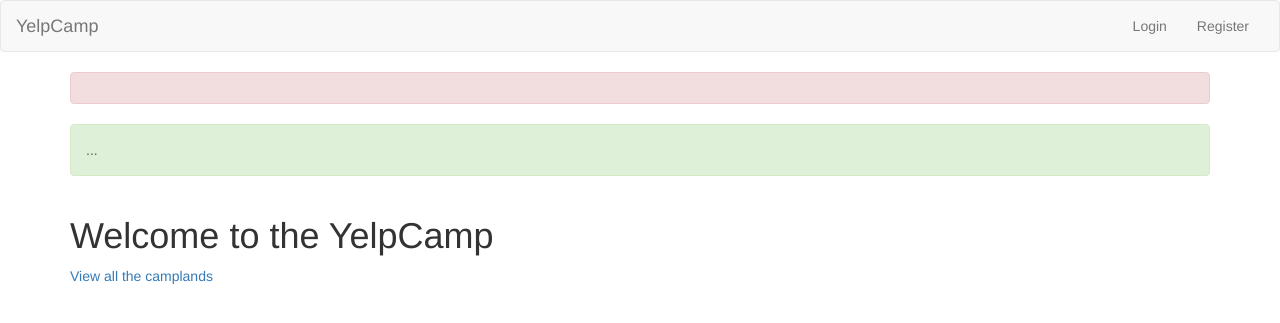
Repository: Shaney17/webdevbootcamp
Page: http://localhost/
The author's editor kept a record of every edit. The page is drawn from the files as they stood at one moment, then again after the next edit.
The browser window is 1280 px wide. The pictures show the whole page.
The page is served by the project's Node server (YelpCamp/v9/app.js). Other server files are loaded and not shown.

Above is the page before.

### workspace/YelpCamp/v9/views/home.ejs
<% include partials/header %>

<div class="container">
    <h1>Welcome to the YelpCamp</h1>
    <a href="/camps">View all the camplands</a>
</div>


<% include partials/footer %>

### workspace/YelpCamp/v9/views/partials/header.ejs
<!DOCTYPE html>
<html>
    <head>
        <title>Camplands</title>
        <link rel="stylesheet" href="https://maxcdn.bootstrapcdn.com/bootstrap/3.3.6/css/bootstrap.min.css" integrity="sha384-1q8mTJOASx8j1Au+a5WDVnPi2lkFfwwEAa8hDDdjZlpLegxhjVME1fgjWPGmkzs7" crossorigin="anonymous">
        <link rel="stylesheet" href="/stylesheets/main.css"></link>
    </head>
    <body>

    <div class="navbar navbar-default">
        <div class="container-fluid">
            <div class="navbar-header">
               <a class="navbar-brand" href="/">YelpCamp</a>
            </div>

            <div class="collapse navbar-collapse">
                <ul class="nav navbar-nav navbar-right">
                    <% if(!currentUser) { %>
                       <li><a href="/login">Login</a></li>
                       <li><a href="/register">Register</a></li>
                    <% } else { %>
                        <li><a href="#">Signed in as <strong><%= currentUser.username %></strong></a></li>
                       <li><a href="/logout">Logout</a></li>
                    <% } %>
                </ul>
            </div>
        </div>
        </div>
    </div>

    <div class="container">
        <div class="alert alert-danger" role="alert">
            <%= error %>
        </div>
        <div class="alert alert-success" role="alert">...</div>
    </div>

### workspace/YelpCamp/v9/views/partials/footer.ejs

    </body>
</html>

### workspace/YelpCamp/v9/app.js
var express         = require("express"),
    app             = express(),
    bodyParser      = require("body-parser"),
    mongoose        = require("mongoose"),
    flash           = require("connect-flash"),
    passport        = require("passport"),
    LocalStrategy   = require("passport-local"),
    methodOverride  = require("method-override"),
    User            = require("./models/user"),
    seedDB          = require("./seeds");

var indexRoutes     = require("./routes/index.js"),
    campsRoutes     = require("./routes/camps.js"),
    commentsRoutes  = require("./routes/comments.js");

mongoose.connect("mongodb://localhost/yelp_camp_v5");
app.use(bodyParser.urlencoded({extended: true}));
app.set("view engine", "ejs");
app.use(express.static(__dirname + "/public"));
app.use(methodOverride("_method"));
app.use(flash());

// seedDB(); //seed the DB

// PASSPORT CONFIGURATION
app.use(require("express-session")({
    secret: "Once again Rusty wins cutest dog!",
    resave: false,
    saveUninitialized: false
}));
app.use(passport.initialize());
app.use(passport.session());
passport.use(new LocalStrategy(User.authenticate()));
passport.serializeUser(User.serializeUser());
passport.deserializeUser(User.deserializeUser());

app.use(function(req, res, next){
    res.locals.currentUser  = req.user;
    res.locals.error        = req.flash("error");
    res.locals.success      = req.flash("success");
    next();
});


//All routers
app.use("/", indexRoutes);
app.use("/camps", campsRoutes);
app.use("/camps/:id/comments", commentsRoutes);


app.listen(process.env.PORT, process.env.IP, function(){
   console.log("The YelpCamp Server Has Started!");
});

### workspace/YelpCamp/v9/routes/index.js
var express     = require("express");
var router      = express.Router();
var passport    = require("passport");
var User        = require("../models/user.js");

router.get("/", function(req, res){
    res.render("home");
});


// show register form
router.get("/register", function(req, res){
   res.render("register");
});


//handle sign up logic
router.post("/register", function(req, res){
    var newUser = new User({username: req.body.username});
    User.register(newUser, req.body.password, function(err, user){
        if(err){
            console.log(err);
            req.flash("error", err);
            return res.render("register");
        }
        passport.authenticate("local")(req, res, function(){
            req.flash("success", "Welcome to the Yelpcamp" + User.username);
            res.redirect("/camps");
        });
    });
});


// show login form
router.get("/login", function(req, res){
   res.render("login");
});

// handling login logic
router.post("/login", passport.authenticate("local",
    {
        successRedirect: "/camps",
        failureRedirect: "/login"
    }), function(req, res){
});


// logout route
router.get("/logout", function(req, res){
   req.logout();
   req.flash("success", "Logged you out !");
   res.redirect("/camps");
});


module.exports = router;

Loaded but not shown: workspace/YelpCamp/v9/public/stylesheets/main.css (common file)

After the next edit:
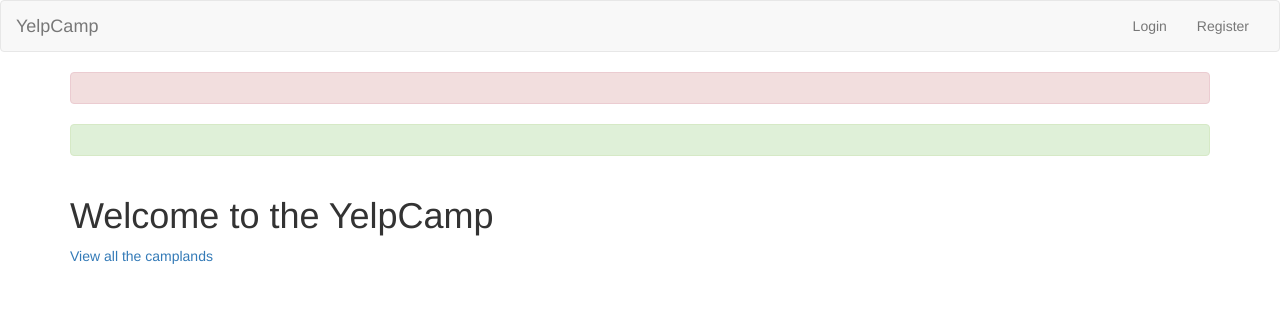
The edit:
--- a/workspace/YelpCamp/v9/views/partials/header.ejs
+++ b/workspace/YelpCamp/v9/views/partials/header.ejs
@@ -32,5 +32,7 @@
         <div class="alert alert-danger" role="alert">
             <%= error %>
         </div>
-        <div class="alert alert-success" role="alert">...</div>
+        <div class="alert alert-success" role="alert">
+            <%= success %>
+        </div>
     </div>
